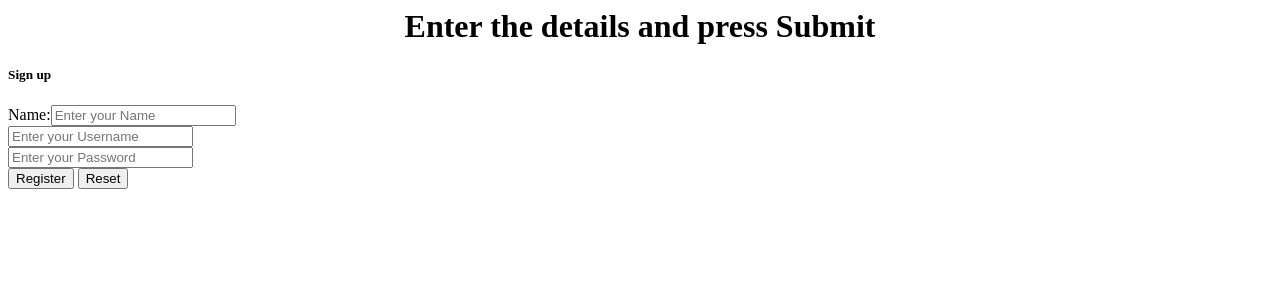
Repository: Abinayasivapraba/Finoculus
Page: LetzChat/WebContent/User/Reg.html
The author's editor kept a copy of each file at every save. The page is drawn from the files as they stood at one save, then again after the next save.
The browser window is 1280 px wide. The pictures show the whole page.

Above is the page before, as saved 2017-08-07 00:41:32.

### LetzChat/WebContent/User/Reg.html

<div ng-controller="UserController as ctrl">
<div class="container">
	<div class="row">
<center><h1>Enter the details and press Submit</h1></center>

   <div class="formcontainer">
			<div class="row main">
				<div class="main-login main-center">
				<h5>Sign up </h5>
					<form ng-submit="ctrl.submit()" name="myForm" class="form-horizontal">





						<div class="form-group">

							<div class="cols-sm-4">
								<div class="input-group">

									Name:<input type="text" class="form-control" name="name" id="name" ng-model="ctrl.user.username"  placeholder="Enter your Name"/>
								</div>
							</div>
						</div>



						<div class="form-group">

							<div class="cols-sm-4">
								<div class="input-group">
									<span class="input-group-addon"><i class="fa fa-users fa" aria-hidden="true"></i></span>
									<input type="text" class="form-control" name="id" id="id" ng-model="ctrl.user.userid"  placeholder="Enter your Username"/>
								</div>
							</div>
						</div>

						<div class="form-group">

							<div class="cols-sm-4">
								<div class="input-group">
									<span class="input-group-addon"><i class="fa fa-lock fa-lg" aria-hidden="true"></i></span>
									<input type="password" class="form-control" name="password" id="password" ng-model="ctrl.user.password"  placeholder="Enter your Password"/>
								</div>
							</div>
						</div>



						<!-- <div class="form-group">

							<div class="cols-sm-4">
								<div class="input-group">
									<span class="input-group-addon"><i class="fa fa-lock fa-lg" aria-hidden="true"></i></span>
									<input type="text" class="form-control" name="contact" id="contact" ng-model="ctrl.user.contact"  placeholder="Contact"/>
								</div>
							</div>
						</div> -->





						<input type="submit" class="btn btn-lg btn-success btn-success" value="Register">

						<input type="reset" class="btn btn-lg btn-success btn-log" ng-click="ctrl.reset()" value="Reset">




					</form>
				</div>
			</div>
		</div>
		</div>
		</div>
		</div>

After the next save:
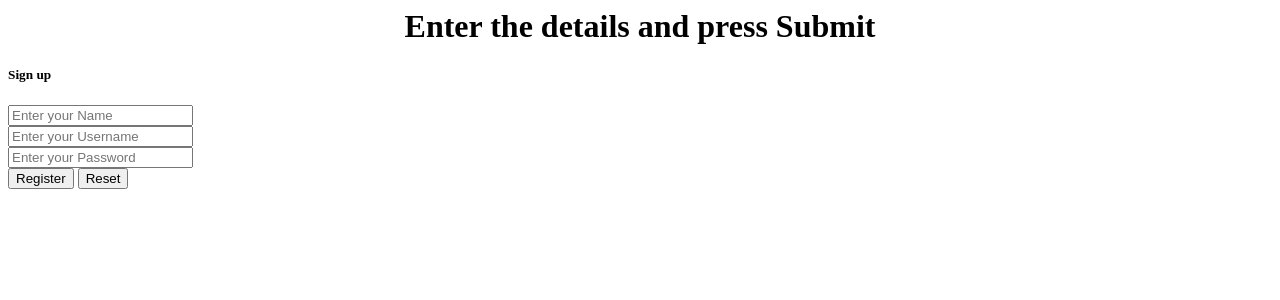
Saved 16 min 22 s later.
--- a/LetzChat/WebContent/User/Reg.html
+++ b/LetzChat/WebContent/User/Reg.html
@@ -18,8 +18,8 @@
 
 							<div class="cols-sm-4">
 								<div class="input-group">
-
-									Name:<input type="text" class="form-control" name="name" id="name" ng-model="ctrl.user.username"  placeholder="Enter your Name"/>
+									<span class="input-group-addon"><i class="fa fa-users fa" aria-hidden="true"></i></span>
+									<input type="text" class="form-control" name="name" id="name" ng-model="ctrl.user.username"  placeholder="Enter your Name"/>
 								</div>
 							</div>
 						</div>
